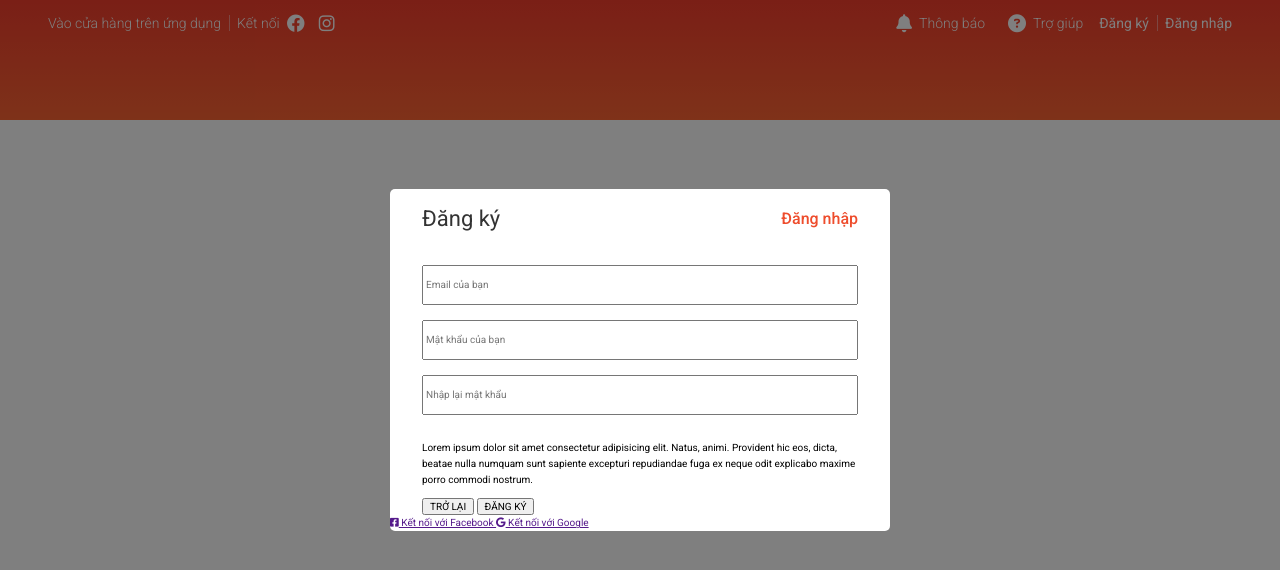
Repository: dptuyen1/F8-Tutorial
Page: index.html
An editor plug-in stored every save of this project. The page is shown before and after the next save, followed by the edit.
The browser window is 1280 px wide. The pictures show the whole page.

Above is the page before, as saved 2023-05-08 17:02:44.

After the next save:
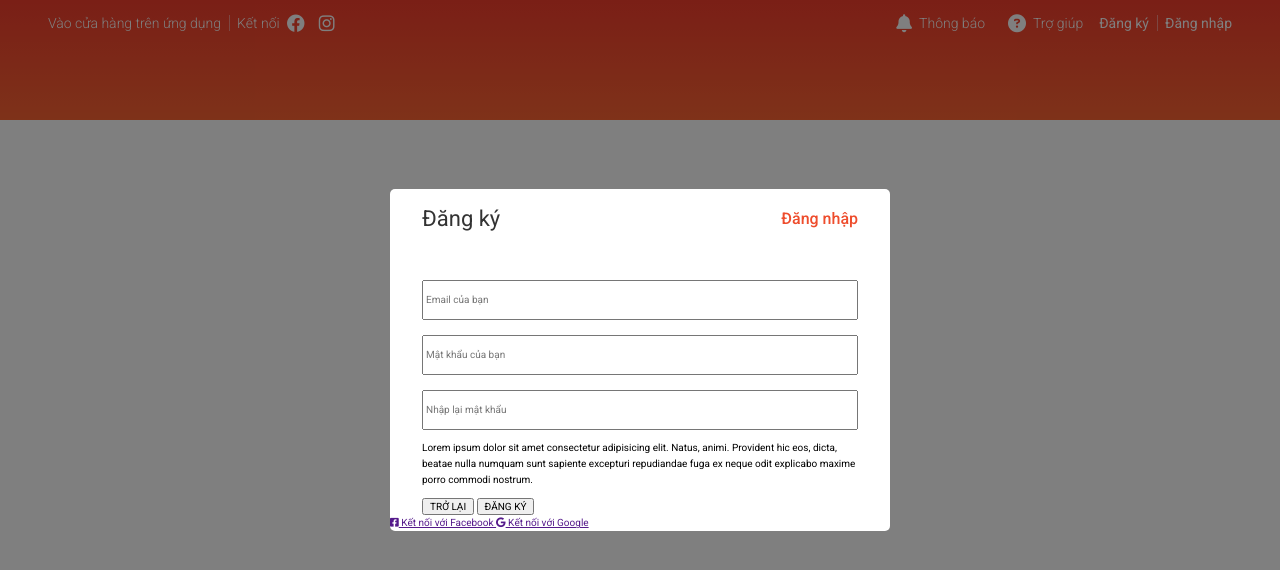
Saved 15 s later.
--- a/assets/css/main.css
+++ b/assets/css/main.css
@@ -273,7 +273,7 @@
 .auth-form__input {
   width: 100%;
   height: 40px;
-  margin-bottom: 15px;
+  margin-top: 15px;
 }
 
 .auth-form__aside {
